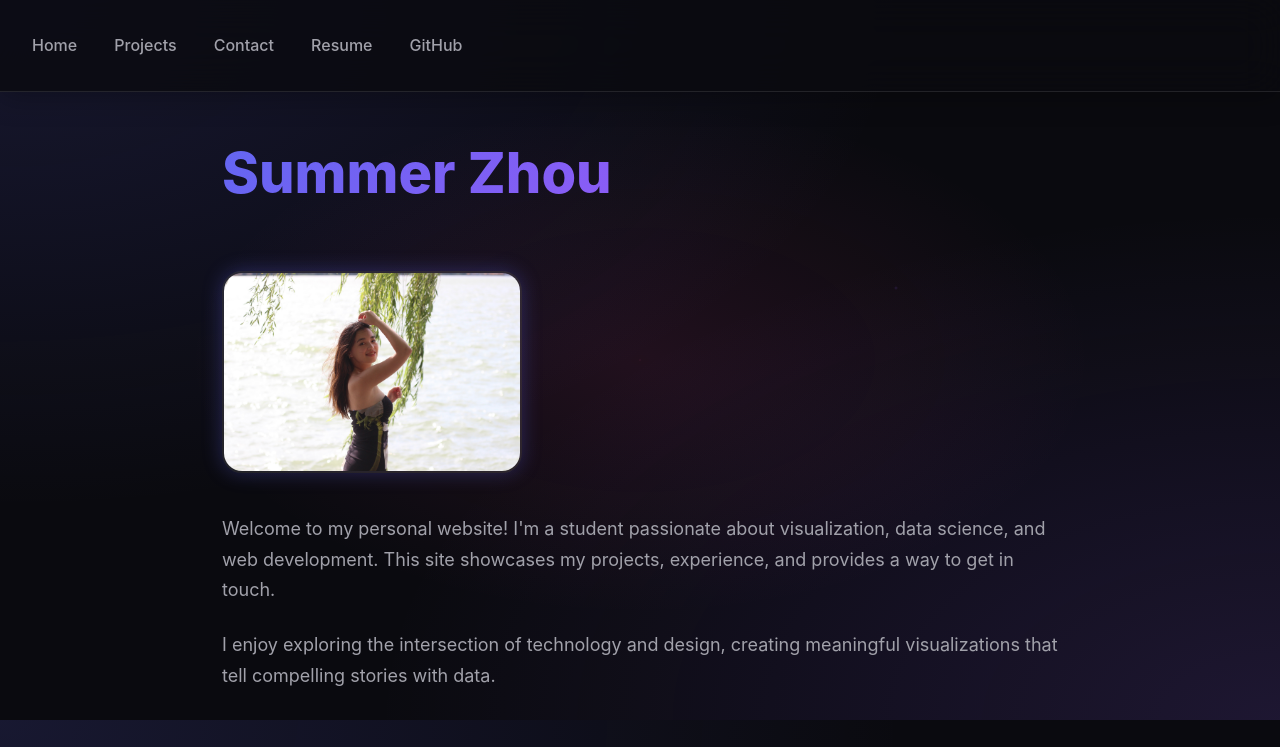
Repository: SummerZ27/personal-website
Page: index.html
The author's editor kept a copy of each file at every save. The page is drawn from the files as they stood at one save, then again after the next save.
The browser window is 1280 px wide. The pictures show the whole page.
Backgrounds fixed to the window are drawn as part of the page.

Above is the page before, as saved 2026-02-10 13:31:18.

After the next save:
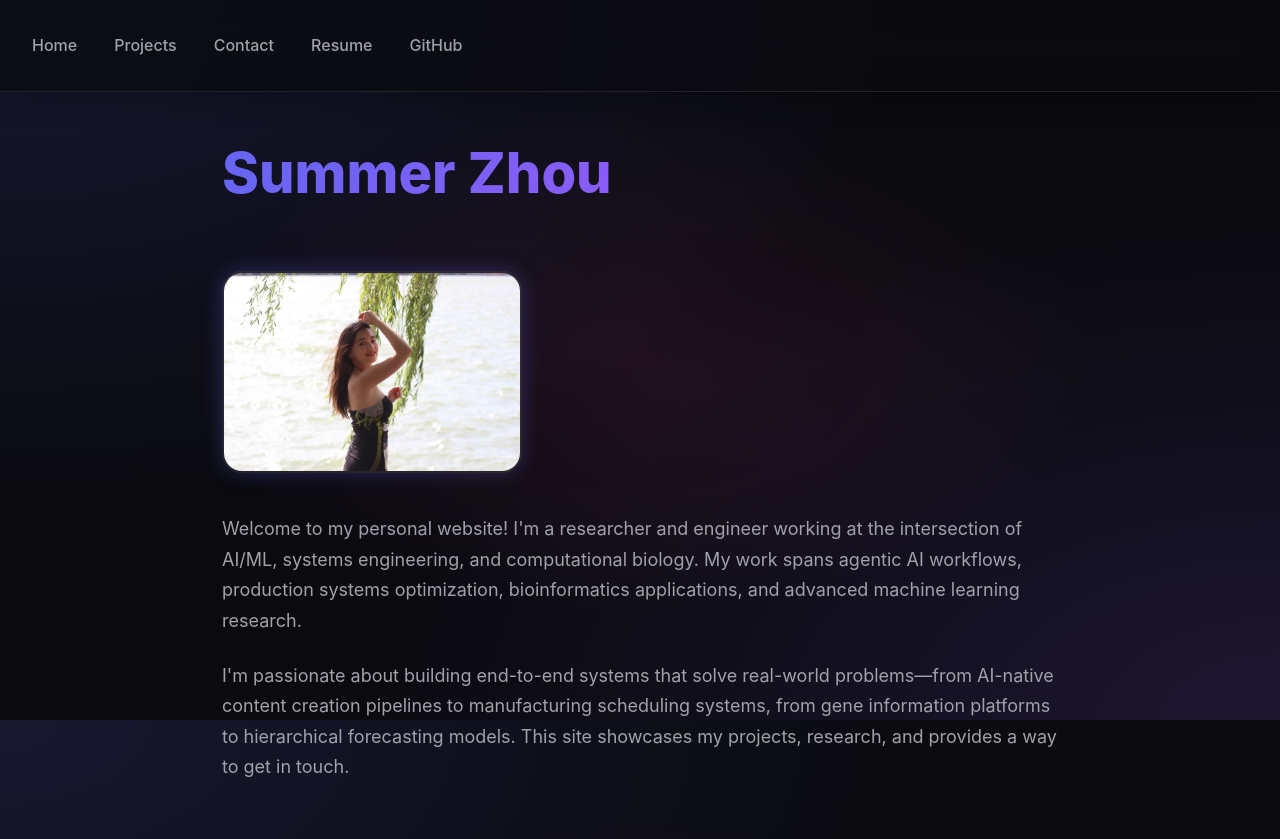
Saved 62 s later.
--- a/index.html
+++ b/index.html
@@ -20,9 +20,9 @@
 
         <img src="images/profile.png" alt="Portrait photo of Summer Zhou">
 
-        <p>Welcome to my personal website! I'm a student passionate about visualization, data science, and web development. This site showcases my projects, experience, and provides a way to get in touch.</p>
+        <p>Welcome to my personal website! I'm a researcher and engineer working at the intersection of AI/ML, systems engineering, and computational biology. My work spans agentic AI workflows, production systems optimization, bioinformatics applications, and advanced machine learning research.</p>
 
-        <p>I enjoy exploring the intersection of technology and design, creating meaningful visualizations that tell compelling stories with data.</p>
+        <p>I'm passionate about building end-to-end systems that solve real-world problems—from AI-native content creation pipelines to manufacturing scheduling systems, from gene information platforms to hierarchical forecasting models. This site showcases my projects, research, and provides a way to get in touch.</p>
     </main>
 </body>
 </html>
